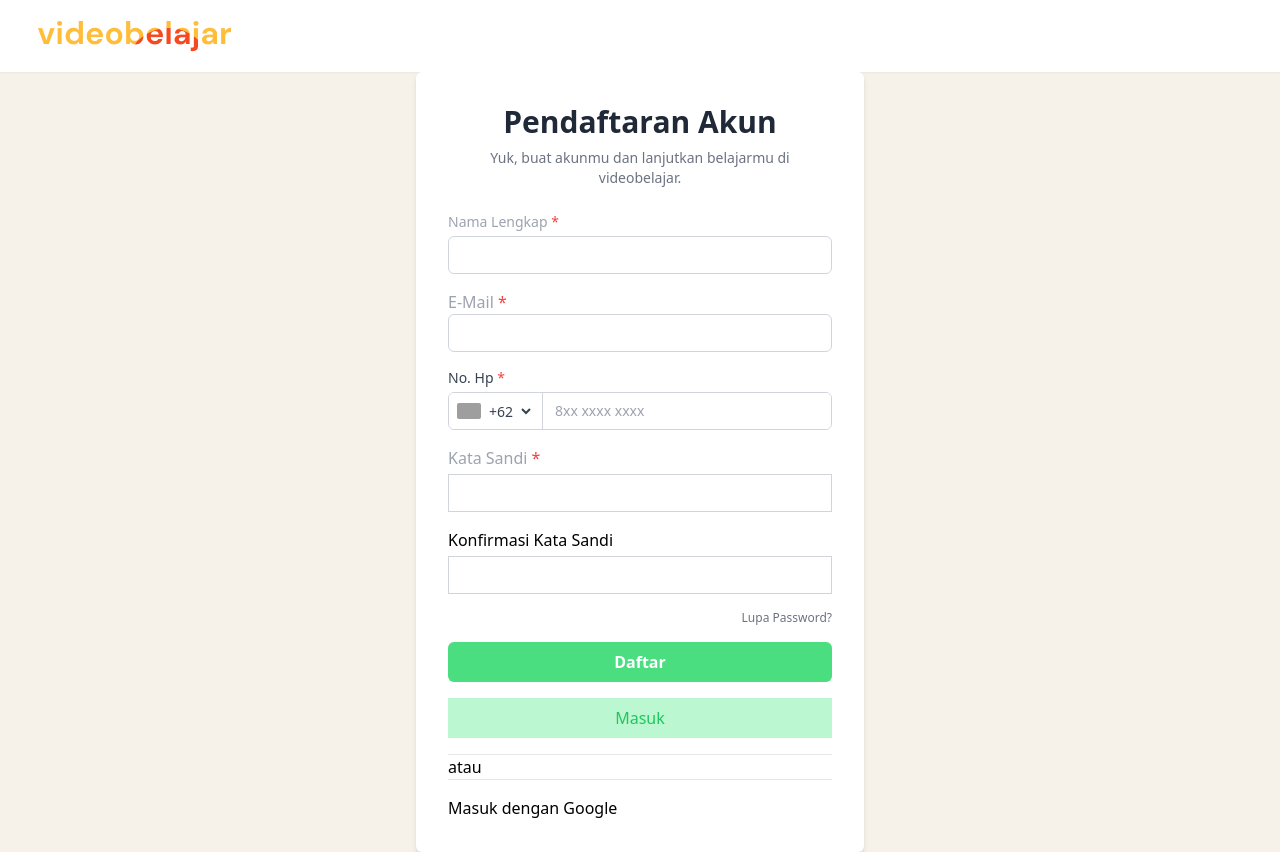
Repository: dimascahyanugraha/Course-Mission-4
Page: /signup
The author's editor kept a copy of each file at every save. The page is drawn from the files as they stood at one save, then again after the next save.
The browser window is 1280 px wide. The pictures show the whole page.
Pictures or frames that could not be fetched are drawn as grey boxes. The project was rebuilt for these pictures with package versions that can differ from the ones it lists, and the page was loaded fresh each time. Also part of the build but not shown: vite.config.js, src/components/LoginPage.jsx.

Above is the page before, as saved 2026-05-30 00:23:38.

### index.html
<!doctype html>
<html lang="en">
  <head>
    <meta charset="UTF-8" />
    <link rel="icon" type="image/svg+xml" href="/favicon.svg" />
    <meta name="viewport" content="width=device-width, initial-scale=1.0" />
    <title>video-belajar</title>
  </head>
  <body>
    <div id="root"></div>
    <script type="module" src="/src/main.jsx"></script>
  </body>
</html>

### src/index.css
@tailwind base;
@tailwind components;
@tailwind utilities;

/* optional reset */
body {
  font-family: system-ui, sans-serif;
}

### src/App.jsx
import { BrowserRouter, Routes, Route, Navigate } from "react-router-dom"; // ← tambah Navigate
import LoginPage from "./components/LoginPage";
import Signup from "./components/Signup";

export default function App() {
  return (
    <BrowserRouter>
      <Routes>
        <Route path="/" element={<Navigate to="/login" />} />{" "}
        {/* ← tambah ini */}
        <Route path="/login" element={<LoginPage />} />
        <Route path="/signup" element={<Signup />} />
      </Routes>
    </BrowserRouter>
  );
}

### src/components/Signup.jsx
import logoVideoBelajar from "../assets/logo_video_belajar.png";
import indonesia from "../assets/indonesia.png";

export default function Signup() {
  return (
    <div className="min-h-screen bg-[#f6f2e9] flex flex-col">
      <header className="bg-white py-2 px-4 shadow-sm">
        <img src={logoVideoBelajar} alt="logo" />
      </header>

      <main className="flex flex-auto justify-center items-center px-4">
        <div className="bg-white w-full max-w-md rounded-md shadow-md p-8">
          <h2 className="text-3xl font-bold text-gray-800 text-center">
            Pendaftaran Akun
          </h2>
          <p className="text-gray-500 text-sm text-center mt-2">
            Yuk, buat akunmu dan lanjutkan belajarmu di videobelajar.
          </p>
          <form className="mt-6 space-y-4">
            <div>
              <label className="block text-sm text-gray-400">
                Nama Lengkap <span className="text-red-500">*</span>
              </label>
              <input
                type="name"
                className="mt-1 w-full border border-gray-300 rounded-md px-3 py-2 text-sm focus:outline-none focus:ring-2 focus:ring-green-500"
              />
            </div>
            <div>
              <label className="block text-md text-gray-400">
                E-Mail <span className="text-red-500">*</span>
              </label>
              <input
                type="email"
                className="mg-1 w-full border border-gray-300 px-3 py-2 text-sm focus:outline-none focus:ring-2 focus:ring-green-500 rounded-md"
              />
            </div>
            {/* NO. HP */}
            <div>
              <label className="block text-sm font-medium text-gray-700">
                No. Hp <span className="text-red-500">*</span>
              </label>
              <div className="mt-1 flex rounded-md border border-gray-300 overflow-hidden focus-within:ring-2 focus-within:ring-green-500">
                <div className="flex items-center gap-1 px-2 bg-white border-r border-gray-300">
                  <img
                    src={indonesia}
                    alt="flag ID"
                    className="w-6 h-4 rounded-sm object-cover"
                  />
                  <select className="text-sm text-gray-700 focus:outline-none bg-transparent cursor-pointer pr-1">
                    <option value="+62">+62</option>
                    <option value="+18">+18</option>
                  </select>
                </div>
                <input
                  type="tel"
                  placeholder="8xx xxxx xxxx"
                  className="flex-1 px-3 py-2 text-sm text-gray-700 focus:outline-none"
                />
              </div>
            </div>{" "}
            {/* ← div No.Hp ditutup di sini */}
            <div>
              <label className="block text-gray-400 text-md ">
                Kata Sandi <span className="text-red-500">*</span>
              </label>
              <input
                type="password"
                className="w-full mt-1 text-sm border border-gray-300 px-3 py-2 focus:outline-none focus:ring-2 focus:ring-green-500"
              />
            </div>
            <div>
              <label>Konfirmasi Kata Sandi</label>
              <input
                type="password"
                className="w-full mt-1 text-sm border border-gray-300 px-3 py-2 focus:outline-none focus:ring-2 focus:ring-green-500"
              />
            </div>
            <div className="flex justify-end text-sm text-gray-500">
              <a href="#" className="text-xs text-gray-500 hover:underline">
                Lupa Password?
              </a>
            </div>
            <button className="w-full bg-green-400 text-white font-semibold py-2 rounded-md hover:bg-green-200 transition">
              Daftar
            </button>
            <button className="bg-green-200 w-full py-2 text-green-500">
              Masuk
            </button>
            <div>
              <hr className="flex-1 border-gray-200" />
              atau
              <hr className="flex-1 border-gray-200" />
            </div>
            {/* GOOGLE SIGN IN */}
            <button>Masuk dengan Google</button>
            {/* ← form ditutup setelah semua input */}
          </form>{" "}
        </div>
      </main>
    </div>
  );
}

### tailwind.config.js
/** @type {import('tailwindcss').Config} */
export default {
  content: ["./indexedDB.html", "./src/**/*.{js,ts,jsx,tsx}"],
  theme: {
    extend: {},
  },
  plugins: [],
};

Loaded but not shown: src/main.jsx (common file)

After the next save:
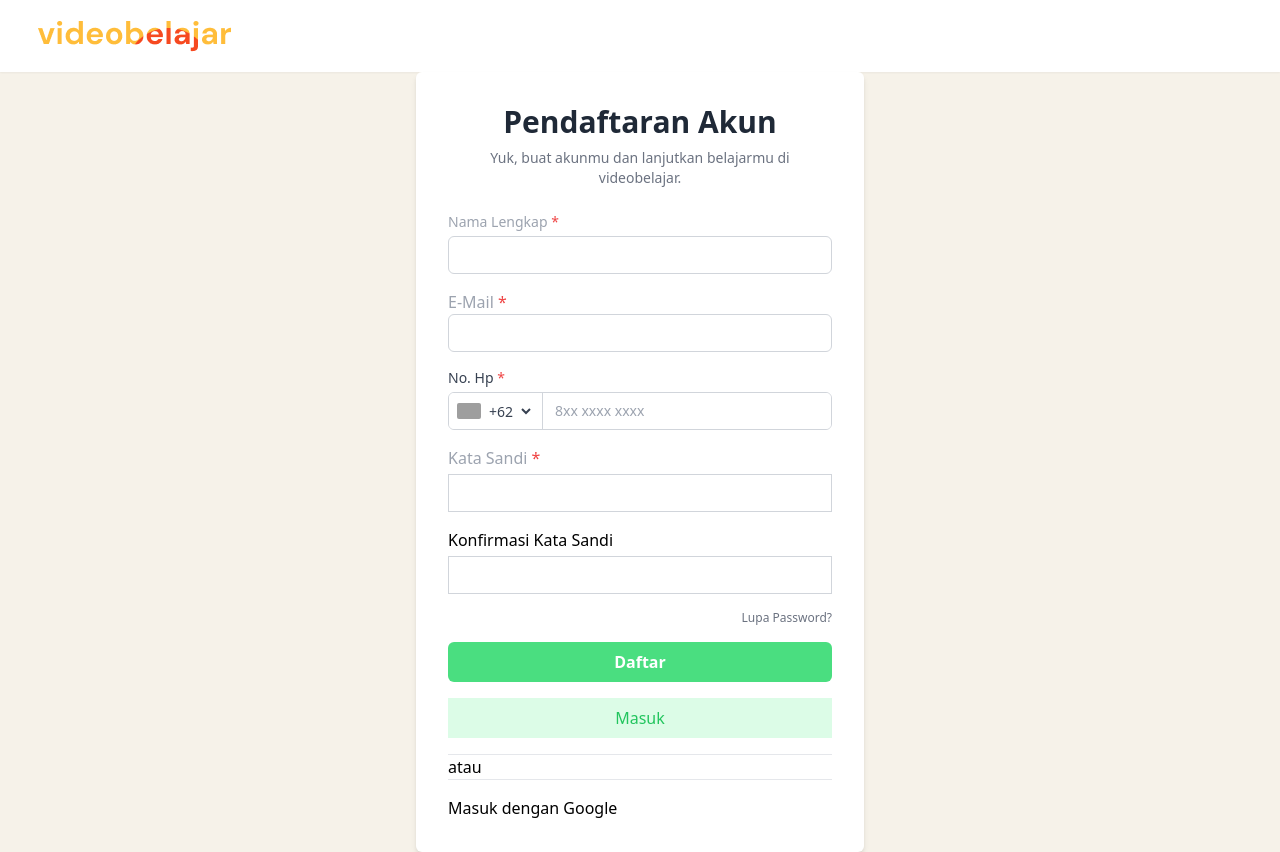
Saved 4 s later.
--- a/src/components/Signup.jsx
+++ b/src/components/Signup.jsx
@@ -84,7 +84,7 @@ export default function Signup() {
             <button className="w-full bg-green-400 text-white font-semibold py-2 rounded-md hover:bg-green-200 transition">
               Daftar
             </button>
-            <button className="bg-green-200 w-full py-2 text-green-500">
+            <button className="bg-green-100 w-full py-2 text-green-500">
               Masuk
             </button>
             <div>
